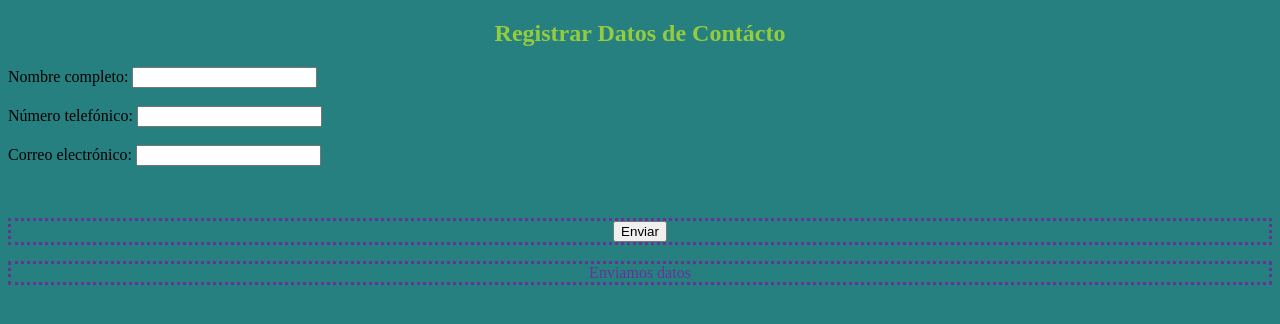
Repository: UVMCoyoacan/VEFY
Page: formularioCV.html
These files come from the project's save history. The page is drawn as it stood at one moment and after the next save; the edit follows.
The browser window is 1280 px wide. The pictures show the whole page.

Above is the page before, as saved 2024-03-01 19:04:51.

### formularioCV.html
<!DOCTYPE html>
<html>
  <head>


    <link rel="stylesheet" href="estilo2.css"/>





    <meta charset="UTF-8" />

  </head>
<body>

<h2>Registrar Datos de Contácto</h2>

<form name="enviaDat" action="recibedatosFormCV.html" method="GET">

  <label for="fname">Nombre completo:</label>
  <input type="text" id="fname" name="fname"><br><br>
  <label for="lname">Número telefónico:</label>
  <input type="number" id="numtel" name="numtel"><br><br>
  <label for="lname">Correo electrónico:</label>
  <input type="text" id="correoele" name="correoele"><br><br>

  <br>

  <p>
    <input type="submit" value="Enviar"/>
  </p>

</form>

<p>Enviamos datos</p>

</body>
</html>

### estilo2.css
h1{
    color: chocolate;
    text-align: center;
    border-style: mix;
}
p{
    text-align: center;
    color:rebeccapurple;
    border-style: dotted;
}

ol{
    text-align: center;
    color:rgb(0, 0, 0);
    border-style: groove;

}

ul{
    text-align: center;
    color: rgb(223, 115, 225);
    border-style: ridge;
}

h2{
    color: rgb(149, 204, 62) ;
    text-align: center;
    border-style: mix;
}

a{
    text-align: center;
}

body{
    background-color: rgb(39, 128, 128);
}

footer{
    color:beige;
    background-color: blueviolet;
}
button {
    border: none;
    color: rgb(32, 202, 69);
    padding: 15px 32px;
    text-align: center;
    text-decoration: none;
    display: inline-block;
    font-size: 16px;
    margin: 4px 2px;
    cursor: pointer;
  }
  div{
    text-align: center;
  }

After the next save:
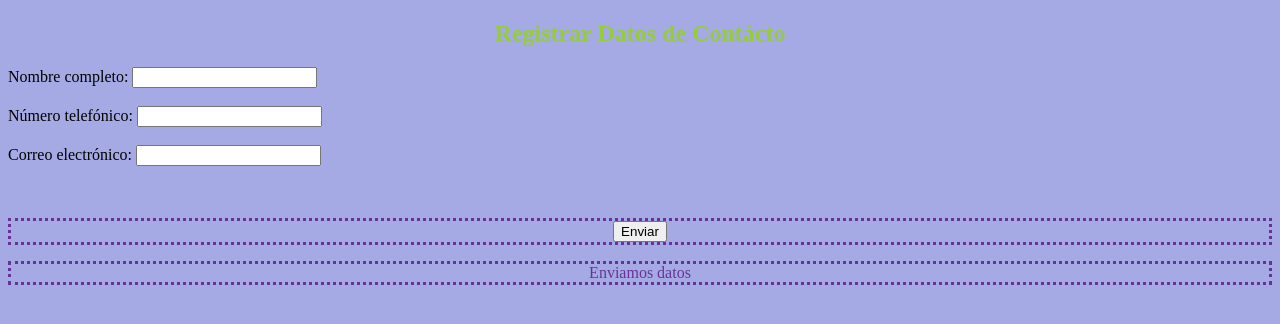
Saved 91 s later.
--- a/estilo2.css
+++ b/estilo2.css
@@ -33,7 +33,7 @@ a{
 }
 
 body{
-    background-color: rgb(39, 128, 128);
+    background-color: #a6aae4;
 }
 
 footer{
